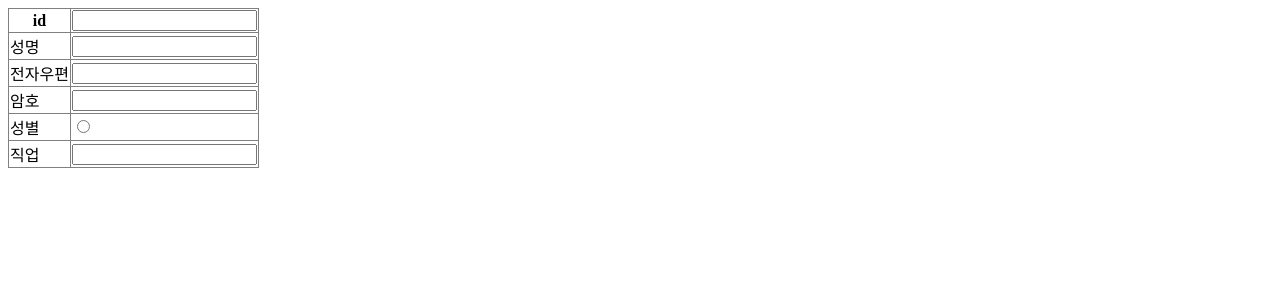
Repository: hyeon-jin-park/study
Page: work/internet_programing/T01/public/form.html
The author's editor kept a copy of each file at every save. The page is drawn from the files as they stood at one save, then again after the next save.
The browser window is 1280 px wide. The pictures show the whole page.

Above is the page before, as saved 2025-03-18 10:03:02.

After the next save:
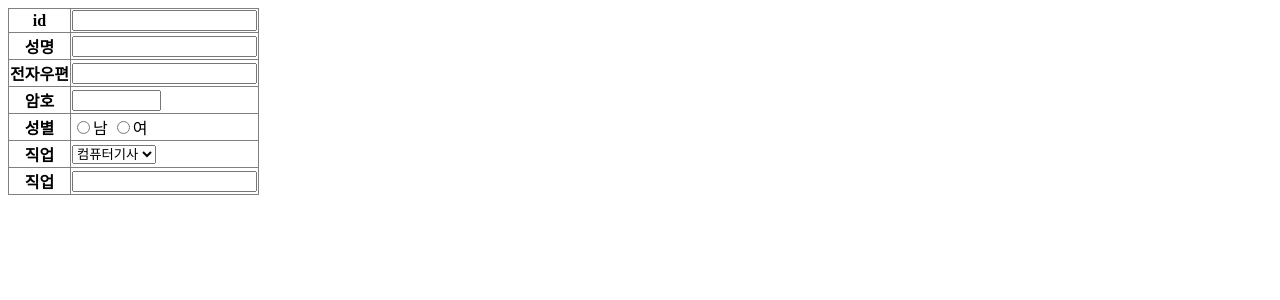
Saved 5 min 7 s later.
--- a/work/internet_programing/T01/public/form.html
+++ b/work/internet_programing/T01/public/form.html
@@ -17,41 +17,54 @@
 			</td>
 		</tr>
 		<tr>
-			<td>
+			<th>
 			성명
-			</td>
+			</th>
 			<td>
 			<input type = "text" name = "name">
 			</td>
 		</tr>
 		<tr>
+			<th>
+			전자우편
+			</th>
 			<td>
-			전자우편
-			</td>
-			<td>
-			<input type = "text">
+			<input type = "email" name ="email">
 			</td>
 		</tr>
 		<tr>
+			<th>
+			암호
+			</th>
 			<td>
-			암호
-			</td>
-			<td>
-			<input type = "password">
+			<input type = "password" name ="pwd" size="8" maxlength="10">
 			</td>
 		</tr>
 		<tr>
+			<th>
+			성별
+			</th>
 			<td>
-			성별
-			</td>
-			<td>
-			<input type = "radio">
+			<input type = "radio" name="gender" value = "male">남
+			<input type = "radio" name="gender" value="female">여
 			</td>
 		</tr>
 		<tr>
+			<th>
+			직업
+			</th>
 			<td>
+			<select name = "job">
+			<option value="computer">컴퓨터기사</option>
+			<option value="gamer">프로게이머</option>
+			<option value="cooker">요리사</option>
+
+			</td>
+		</tr>
+		<tr>
+			<th>
 			직업
-			</td>
+			</th>
 			<td>
 			<input type = "text">
 			</td>
